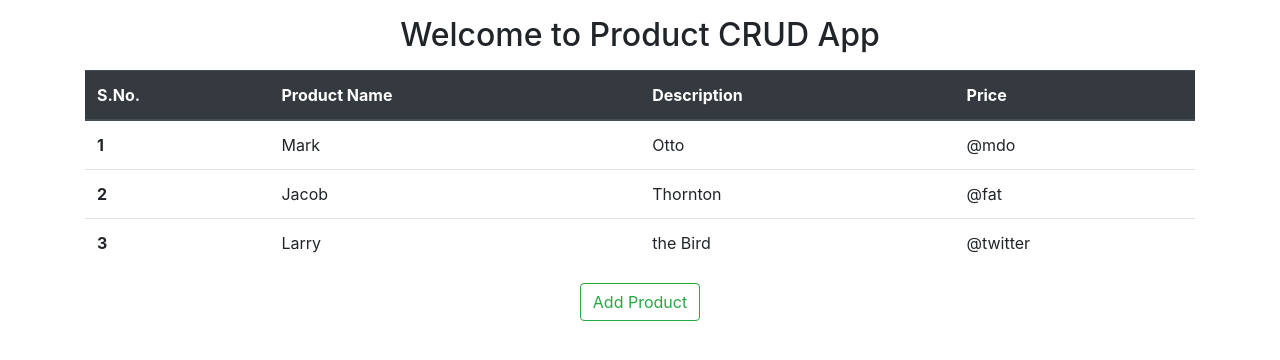
Repository: saroj789/Spring-Practice
Page: http://localhost/productcrudapp/WEB-INF/views/home.jsp
The author's editor kept a copy of each file at every save. The page is drawn from the files as they stood at one save, then again after the next save.
The browser window is 1280 px wide. The pictures show the whole page.
The page is served by Tomcat 9. Nobody is signed in. Other server files are loaded and not shown. The template is opened directly, without the code that normally fills it, so the values that code supplies are empty.

Above is the page before, as saved 2023-07-23 08:38:39.

### productcrudapp/src/main/webapp/WEB-INF/views/home.jsp
<%@ page language="java" contentType="text/html; charset=UTF-8"
    pageEncoding="UTF-8"%>
<!DOCTYPE html>
<html>
<head>
<meta charset="UTF-8">
 <%@include file="./base.jsp" %>
</head>
<body>

	<div class="container mt-3">
		<div class="row">
			<div class="col-md-12">
				<h2 class="text-center mb-3">Welcome to Product CRUD App</h2>
				<table class="table">
				  <thead class="thead-dark">
				    <tr>
				      <th scope="col">S.No.</th>
				      <th scope="col">Product Name</th>
				      <th scope="col">Description</th>
				      <th scope="col">Price</th>
				    </tr>
				  </thead>
				  <tbody>
				    <tr>
				      <th scope="row">1</th>
				      <td>Mark</td>
				      <td>Otto</td>
				      <td>@mdo</td>
				    </tr>
				    <tr>
				      <th scope="row">2</th>
				      <td>Jacob</td>
				      <td>Thornton</td>
				      <td>@fat</td>
				    </tr>
				    <tr>
				      <th scope="row">3</th>
				      <td>Larry</td>
				      <td>the Bird</td>
				      <td>@twitter</td>
				    </tr>
				  </tbody>
				</table>

				<div class="container text-center">
			      <a href="${pageContext.request.contextPath}/addproduct"
			      	  class="btn btn-outline-success">Add Product</a>
		     	 </div>
			</div>
		</div>
	</div>

</body>
</html>

### productcrudapp/src/main/webapp/WEB-INF/views/base.jsp
<%@ page language="java" contentType="text/html; charset=UTF-8"
    pageEncoding="UTF-8"%>
<%@ taglib prefix = "c" uri = "http://java.sun.com/jsp/jstl/core" %>
<%@page isELIgnored="false" %>

 	<meta charset="utf-8">
    <meta name="viewport" content="width=device-width, initial-scale=1, shrink-to-fit=no">

    <!-- Bootstrap CSS -->
    <link rel="stylesheet" href="https://cdn.jsdelivr.net/npm/bootstrap@4.3.1/dist/css/bootstrap.min.css" integrity="sha384-ggOyR0iXCbMQv3Xipma34MD+dH/1fQ784/j6cY/iJTQUOhcWr7x9JvoRxT2MZw1T" crossorigin="anonymous">

    <title> <c:out value="${title}">Product CRUD APP</c:out> </title>

    <!-- Optional JavaScript -->
    <!-- jQuery first, then Popper.js, then Bootstrap JS -->
    <script src="https://code.jquery.com/jquery-3.3.1.slim.min.js" integrity="sha384-q8i/X+965DzO0rT7abK41JStQIAqVgRVzpbzo5smXKp4YfRvH+8abtTE1Pi6jizo" crossorigin="anonymous"></script>
    <script src="https://cdn.jsdelivr.net/npm/popper.js@1.14.7/dist/umd/popper.min.js" integrity="sha384-UO2eT0CpHqdSJQ6hJty5KVphtPhzWj9WO1clHTMGa3JDZwrnQq4sF86dIHNDz0W1" crossorigin="anonymous"></script>
    <script src="https://cdn.jsdelivr.net/npm/bootstrap@4.3.1/dist/js/bootstrap.min.js" integrity="sha384-JjSmVgyd0p3pXB1rRibZUAYoIIy6OrQ6VrjIEaFf/nJGzIxFDsf4x0xIM+B07jRM" crossorigin="anonymous"></script>

After the next save:
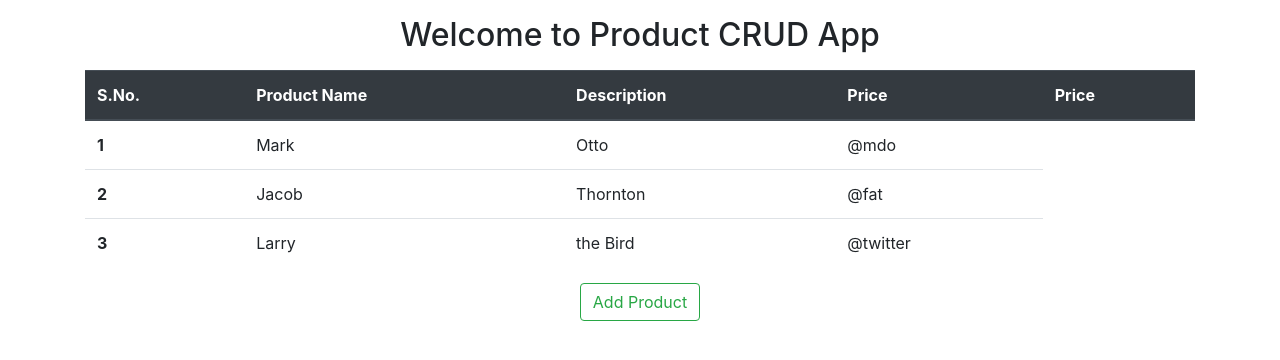
Saved 39 s later.
--- a/productcrudapp/src/main/webapp/WEB-INF/views/home.jsp
+++ b/productcrudapp/src/main/webapp/WEB-INF/views/home.jsp
@@ -18,6 +18,7 @@
 				      <th scope="col">S.No.</th>
 				      <th scope="col">Product Name</th>
 				      <th scope="col">Description</th>
+				      <th scope="col">Price</th>
 				      <th scope="col">Price</th>
 				    </tr>
 				  </thead>
